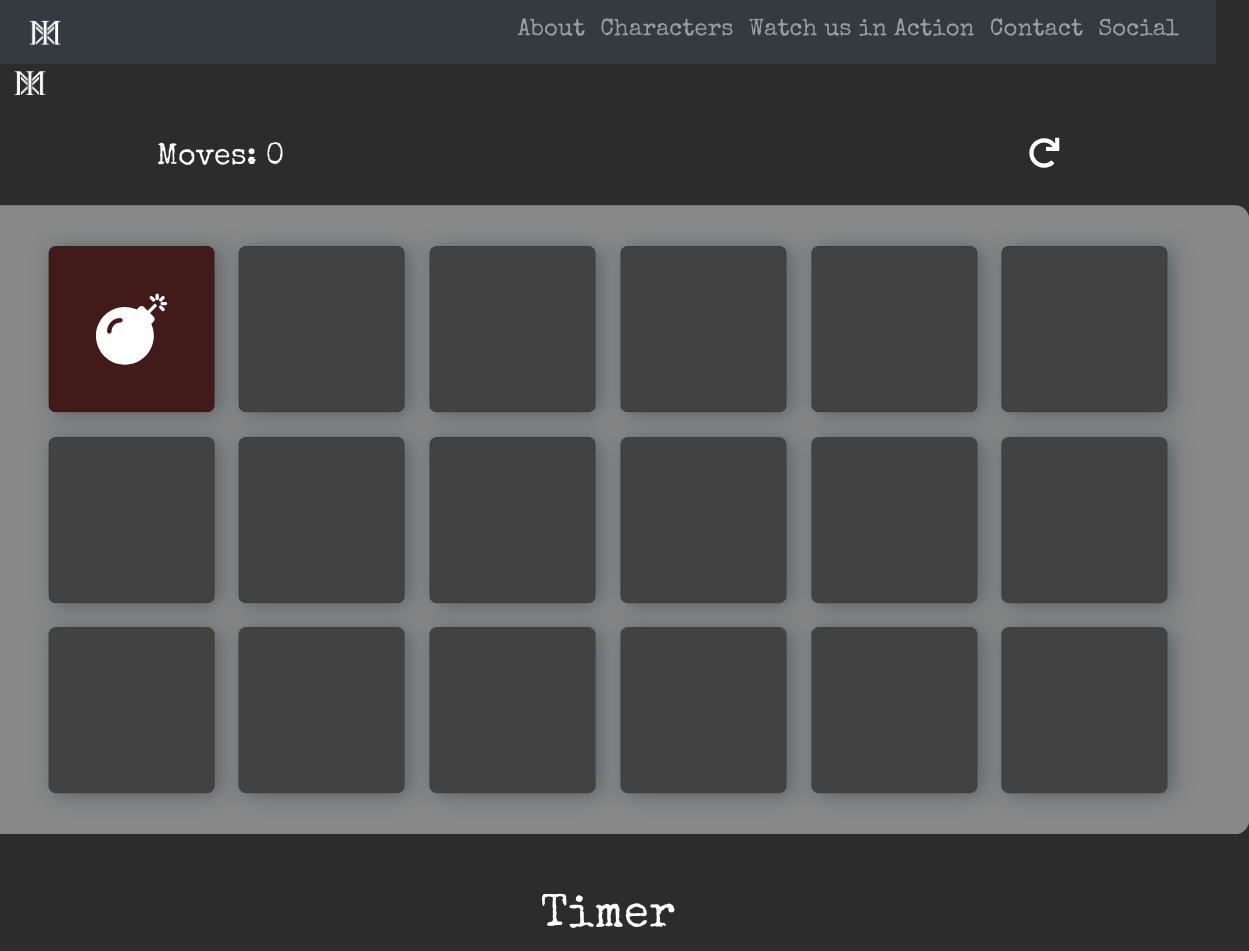
Repository: Code-Institute-Submissions/Milestone-25
Page: game.html
The author's editor kept a record of every edit. The page is drawn from the files as they stood at one moment, then again after the next edit.
The browser window is 1280 px wide. The page is 1315 px wide, so the pictures cover 1315 px, including what lies to the right of the window. The pictures show the whole page, at 95% of full size.
Some web libraries are served in a nearby version.

Above is the page before.
Console error: SyntaxError: Unexpected token ')'

### game.html
<!DOCTYPE html>
<html lang="en">

<head>
  <meta charset="UTF-8">
  <meta name="viewport" content="width=device-width, initial-scale=1">
  <meta http-equiv="X-UA-Compatible" content="ie=edge">
  <link rel="stylesheet" href="https://stackpath.bootstrapcdn.com/bootstrap/4.4.1/css/bootstrap.min.css" integrity="sha384-Vkoo8x4CGsO3+Hhxv8T/Q5PaXtkKtu6ug5TOeNV6gBiFeWPGFN9MuhOf23Q9Ifjh" crossorigin="anonymous">
  <script src="https://ajax.googleapis.com/ajax/libs/jquery/3.4.1/jquery.min.js"></script>
  <script src="https://maxcdn.bootstrapcdn.com/bootstrap/4.4.1/js/bootstrap.min.js"></script>
  <script src="https://use.fontawesome.com/releases/v5.12.0/js/all.js"></script>
  <link rel="stylesheet" href="assets/css/style.css" media="screen">
  <title>Memoryphile Home</title>
</head>

<body>
  <!--Navbar with option to return to homescreen-->
  <nav class="navbar navbar-expand-md navbar-dark bg-dark sticky-top">
    <div class="container-fluid">
      <a class="navbar-brand"><img src="./assets/images/logo.png" height="25" alt="Memoryphile Logo"></a>
      <button class="navbar-toggler" type="button" data-toggle="collapse" data-target="#navbarResponsive">
          <span class="navbar-toggler-icon"></span>
        </button>
      <div class="collapse navbar-collapse" id="navbarResponsive">
        <ul class="navbar-nav ml-auto">
          <li class="nav-item">
            <a class="nav-link" href="#about">About</a>
          </li>
          <li class="nav-item">
            <a class="nav-link" href="#characters">Characters</a>
          </li>
          <li class="nav-item">
            <a class="nav-link" href="#episode">Watch us in Action</a>
          </li>
          <li class="nav-item">
            <a class="nav-link" href="#contact">Contact</a>
          </li>
          <li class="nav-item">
            <a class="nav-link" href="#sociallinks">Social</a>
          </li>
        </ul>
      </div>
    </div>
  </nav>
</body>



<div class="container-fluid">
      <a class="navbar-brand" href="https://critrole.com/" target="_blank"><img src="./assets/images/Logo.png" height="25" alt="Mighty Nein Logo"></a>
      <button class="navbar-toggler" type="button" data-toggle="collapse" data-target="#navbarResponsive">
          <span class="navbar-toggler-icon"></span>
        </button>
      <div class="collapse navbar-collapse" id="navbarResponsive">
        <ul class="navbar-nav ml-auto">
          <li class="nav-item">
            <a class="nav-link" href="#about">About</a>
          </li>
          <li class="nav-item">
            <a class="nav-link" href="#characters">Characters</a>
          </li>
          <li class="nav-item">
            <a class="nav-link" href="#episode">Watch us in Action</a>
          </li>
          <li class="nav-item">
            <a class="nav-link" href="#contact">Contact</a>
          </li>
          <li class="nav-item">
            <a class="nav-link" href="#sociallinks">Social</a>
          </li>
        </ul>
      </div>
    </div>

<!--Unordered list to form the grid for matching deck-->
<div class="container padding game-container">
  <!-- section for move counter and restart -->
  <section class="requirements">
    Moves: <span class="moves">0</span>
    <div class="restart"><i class="fas fa-redo"></i></div>
  </section>

  <ul class="gamedeck">
    <!--Original Cards-->
    <li class="card open show" type="bomb">
      <i class="fas fa-bomb"></i>
    </li>
    <li class="card" type="biohazard">
      <i class="fas fa-biohazard"></i>
    </li>
    <li class="card" type="secret">
      <i class="fas fa-user-secret"></i>
    </li>
    <li class="card" type="question">
      <i class="fas fa-question-circle"></i>
    </li>
    <li class="card" type="search">
      <i class="fas fa-search"></i>
    </li>
    <li class="card" type="skull">
      <i class="fas fa-skull"></i>
    </li>
    <li class="card" type="building">
      <i class="fas fa-landmark"></i>
    </li>
    <li class="card" type="jet">
      <i class="fas fa-fighter-jet"></i>
    </li>
    <li class="card" type="binocular">
      <i class="fas fa-binoculars"></i>
    </li>

    <!--Matching Cards-->

    <li class="matchedcard" type="bomb">
      <i class="fas fa-bomb"></i>
    </li>
    <li class="matchedcard" type="biohazard">
      <i class="fas fa-biohazard"></i>
    </li>
    <li class="matchedcard" type="secret">
      <i class="fas fa-user-secret"></i>
    </li>
    <li class="matchedcard" type="question">
      <i class="fas fa-question-circle"></i>
    </li>
    <li class="matchedcard" type="search">
      <i class="fas fa-search"></i>
    </li>
    <li class="matchedcard" type="skull">
      <i class="fas fa-skull"></i>
    </li>
    <li class="matchedcard" type="building">
      <i class="fas fa-landmark"></i>
    </li>
    <li class="matchedcard" type="jet">
      <i class="fas fa-fighter-jet"></i>
    </li>
    <li class="matchedcard" type="binocular">
      <i class="fas fa-binoculars"></i>
    </li>
  </ul>


</div>
<div class="container padding game-container">
  <!-- section for timer -->
  <section class="requirements-timer">
    <div class="timer">Timer</div>
  </section>



<script type="text/javascript" src="./assets/js/main.js"></script>
</body>

</html>

### assets/css/style.css
@import url('https://fonts.googleapis.com/css?family=Homemade+Apple|Special+Elite&display=swap');

/* ==============  MEDIA QUERIES   ==============*/

/*--------Bootstrap Breakpoints---------*/

/* xs devices (<576px) = default in Bootstrap (hence no media query)

sm devices (>576px) = @media max-width: 576px

md devices (>768px) = @media max-width: 768px

lg devices (>992px) = @media max-width: 992px

xl devices (>1200px) = @media max-width: 1200px
*/

/*--------Media Queries--------*/

/* max-width, not min-width, for mobile-first styling */

@media (max-width: 992px) {

}

@media (max-width: 768px) {


}

@media (max-width: 576px) {



}


/* ==============STYLING==============*/

/*--------HTML, BODY Styling-----*/

html,
body {
  height: 100%;
  width: 100%;
  font-family: 'Special Elite', sans-serif;
  color: #fff;
  background-color: #2c2c2d;
  box-sizing: border-box;
}

/*------------BUTTON STYLING--------*/

.btn-secondary {
    background-color: #c30e0e;
    border-color: #c30e0e;
    margin-top: 10%;
    margin-bottom: 10%;
    font-size: 350%;
    padding-top: 1.5%;

}


/*------------Instructions STYLING--------*/

.instructions {
  font-size: 150%;
  display: inline-block;
  margin-left: 6%;
  margin-right: 6%;
}


/*--------------GAME.html styling---------*/

*,
*::before,
*::after {
    box-sizing: inherit;
}


.game-container {
/* Flexbox */
  flex-direction: column;
  display: flex;
  justify-content: center;
  align-items: center;
}

.logo {
  height: 25px;
}

.nav-link {
  padding-top: 5px;
  color: #fff;
  font-size: 25px;
}

a:hover {
    color: #424242;
    text-decoration: none;
}


/*------------REQUIRMENTS Styling--------*/

.requirements {
  text-align: left;
  margin-top: 35px;
  margin-bottom: 25px;
  width: 950px;
  font-size: 200%;

}

.requirements .timer {
  float: left;
}

.requirements .restart {
  float: right;
}

.requirements .moves {
  float: inherit;
}
.requirements-timer {
  text-align: center;
  margin-top:35px;
  font-size: 300%;
}


/*------------GAMEDECK Styling ---------*/

.gamedeck {
  min-height: 600px;
  width: 1350px;
  background: #888888;
  border-radius: 15px;
  padding: 30px;
/* Flexbox */
  display: flex;
  flex-wrap: wrap;
  justify-content: center;
  align-items: center;
}

.card,
.matchedcard {
  height: 175px;
  width: 175px;
  background: #424242;
  border-radius: 8px;
  box-shadow: 5px 2px 20px 0 rgba(46, 61, 73, 0.5);
  margin: 1%;
/* shrink font so that when a card is 'flipped', font enlarges */
  font-size: 0;
  color: #ffffff;
  display: flex;
  justify-content: center;
  align-items: center;
  /* add cursor to indicate interactivity to user */
  cursor: pointer;
}

/* for click reveal */

.open {
  font-size: 75px;
  background: #421a1a;
  /* fix for webpages */
  -webkit-backface-visibility: visible !important;
	backface-visibility: visible !important;
  /* return cursor to default to inform user card is no longer clickable */
  cursor: default;
}

.display {
  font-size: 75px;
}

.close {
  pointer-events: none;
	opacity: 0.9;
}

### assets/js/main.js
$(document).ready(function() {

}))

// =================================CLICK TO VIEW=========================== //

// //adding event listners to cards

// let card = document.getElementsByClassName('card');
// let carddeck = [...card];
// for (var i = 0; i < carddeck.length; i++){
//     carddeck[i].addEventListener('click', carddisplay);
// }

// // changes css for displaying cards
// var carddisplay = function() {
//     this.classList.toggle('open');
//     this.classList.toggle('display');
//     this.classList.toggle('close');
// }


//on click, display card







//on page open, timer counts from 90 secs down

//on page open, or on restart, cards are reshuffled

//on reset, cards shuffled, reset game board, reset timer

// Shuffle function from http://stackoverflow.com/a/2450976
function shuffle(array) {
    var currentIndex = array.length, temporaryValue, randomIndex;

    while (currentIndex !== 0) {
        randomIndex = Math.floor(Math.random() * currentIndex);
        currentIndex -= 1;
        temporaryValue = array[currentIndex];
        array[currentIndex] = array[randomIndex];
        array[randomIndex] = temporaryValue;
    }

    return array;
}

//if timer = 0, game over

// on click, moves increases by 1

// if moves > 40, game over

//on restart, pasue game and timer and ask for confirmation
    //if confirmation = true page refreshes and timer + cards all reset
    //if confirmation = false, game and timer resumes


// on click:
    //if no other card active, flip card and set to active
    //if other card active, compare img of both active cards
        //if img match, match counter increase by one
        //on no match, both cards return to rest state

//(no. of cards = 18)

//if match counter = 9, player wins.

//if match counter = 9, timer stops

//score? = at win, total moves and total time remaining

//set keyboard (p)ause and (esc)ape actions

//if player wins, produce success message (and rating out of three?)

//if player loses (out of time, or exceeds moves), produce loss message

//

After the next edit:
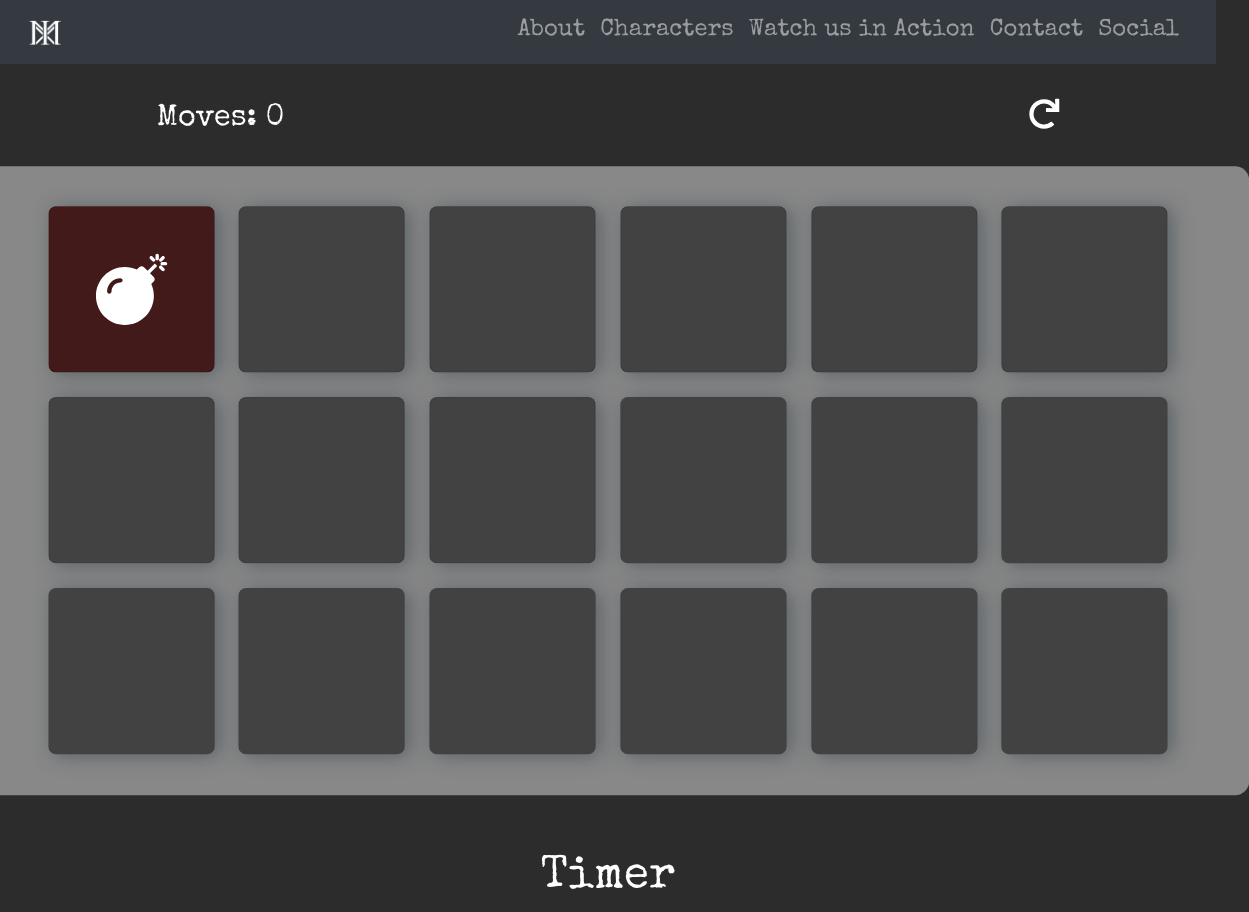
The edit:
--- a/game.html
+++ b/game.html
@@ -43,34 +43,6 @@
     </div>
   </nav>
 </body>
-
-
-
-<div class="container-fluid">
-      <a class="navbar-brand" href="https://critrole.com/" target="_blank"><img src="./assets/images/Logo.png" height="25" alt="Mighty Nein Logo"></a>
-      <button class="navbar-toggler" type="button" data-toggle="collapse" data-target="#navbarResponsive">
-          <span class="navbar-toggler-icon"></span>
-        </button>
-      <div class="collapse navbar-collapse" id="navbarResponsive">
-        <ul class="navbar-nav ml-auto">
-          <li class="nav-item">
-            <a class="nav-link" href="#about">About</a>
-          </li>
-          <li class="nav-item">
-            <a class="nav-link" href="#characters">Characters</a>
-          </li>
-          <li class="nav-item">
-            <a class="nav-link" href="#episode">Watch us in Action</a>
-          </li>
-          <li class="nav-item">
-            <a class="nav-link" href="#contact">Contact</a>
-          </li>
-          <li class="nav-item">
-            <a class="nav-link" href="#sociallinks">Social</a>
-          </li>
-        </ul>
-      </div>
-    </div>
 
 <!--Unordered list to form the grid for matching deck-->
 <div class="container padding game-container">
